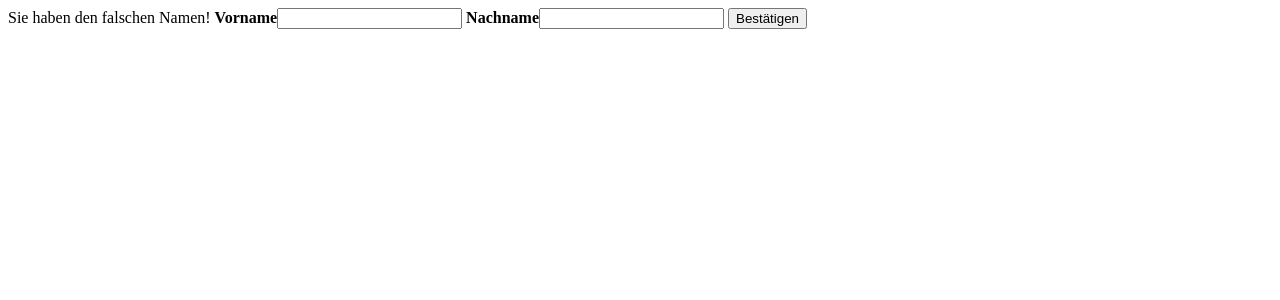
Repository: martinschatz/LoginPage
Page: INFI-Holz/Beispiel1/WebContent/falschEingabe.html
These files come from the project's save history. The page is drawn as it stood at one moment and after the next save; the edit follows.
The browser window is 1280 px wide. The pictures show the whole page.

Above is the page before, as saved 2018-09-26 11:50:16.

After the next save:
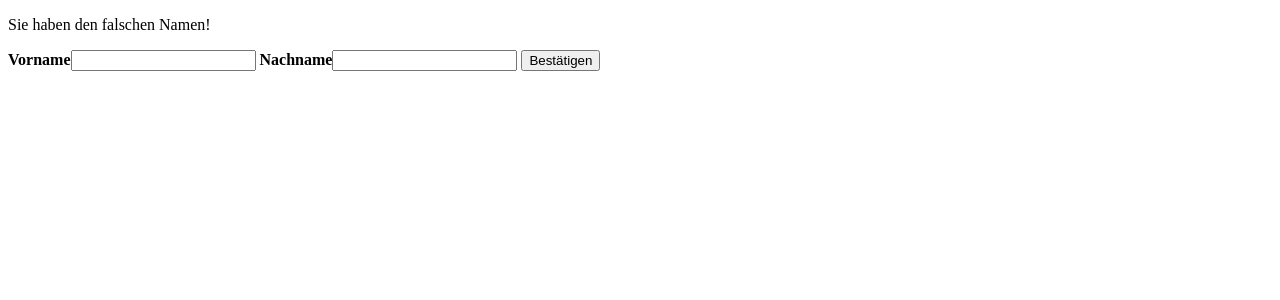
Saved 2 min 20 s later.
--- a/INFI-Holz/Beispiel1/WebContent/falschEingabe.html
+++ b/INFI-Holz/Beispiel1/WebContent/falschEingabe.html
@@ -6,7 +6,7 @@
 </head>
 <body>
 <form action ='action' method ='post'>
-			Sie haben den falschen Namen!
+			<p>Sie haben den falschen Namen!</p>
 			<b>Vorname</b><input type='text' name='vname'></input>
 			<b>Nachname</b><input  type='text' name='nname'></input>
 			<input type='submit' value='Bestätigen'></input>
